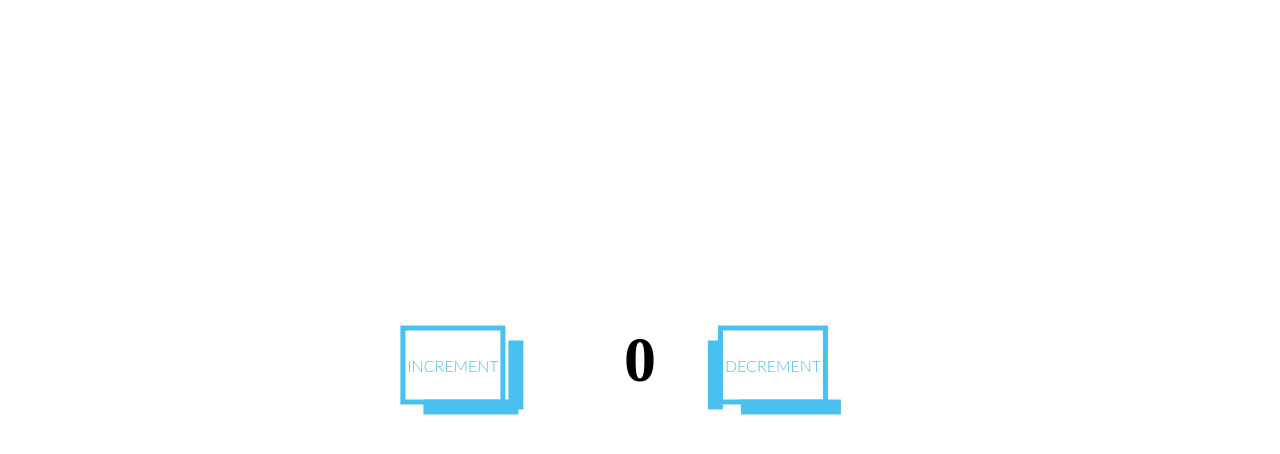
Repository: Ellisvelandia/react_introduction_test
Page: /
The author's editor kept a copy of each file at every save. The page is drawn from the files as they stood at one save, then again after the next save.
The browser window is 1280 px wide. The pictures show the whole page.
The project was rebuilt for these pictures with package versions that can differ from the ones it lists, and the page was loaded fresh each time. Also part of the build but not shown: src/index.css.

Above is the page before, as saved 2022-08-15 20:12:26.

After the next save:
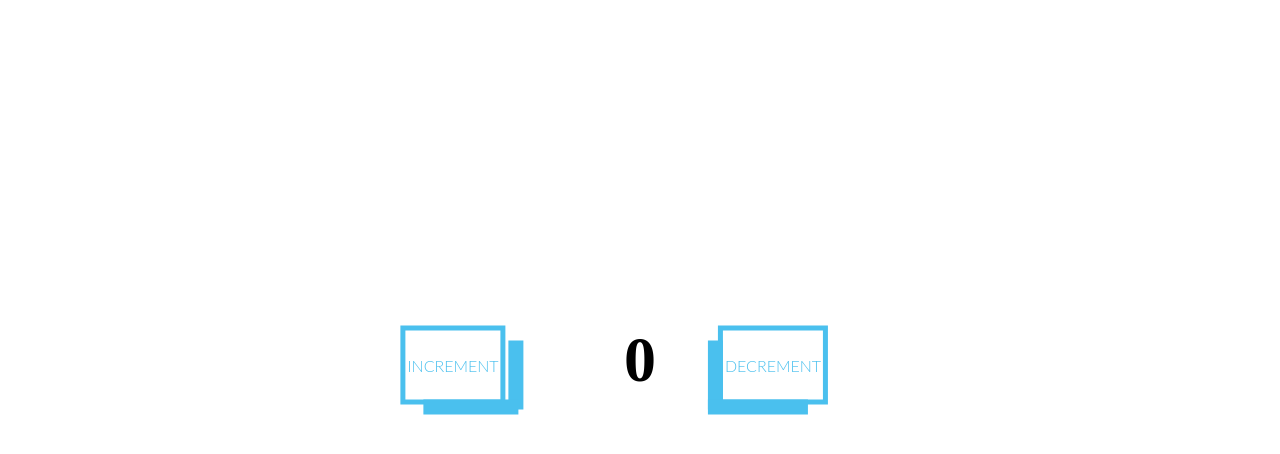
Saved 7 s later.
--- a/src/App.scss
+++ b/src/App.scss
@@ -149,7 +149,7 @@ button {
     width: 100%;
     background: #4ac0ee;
     right: 0px;
-    left: 18px;
+    left: -15px;
     height: 15px;
   }
 
